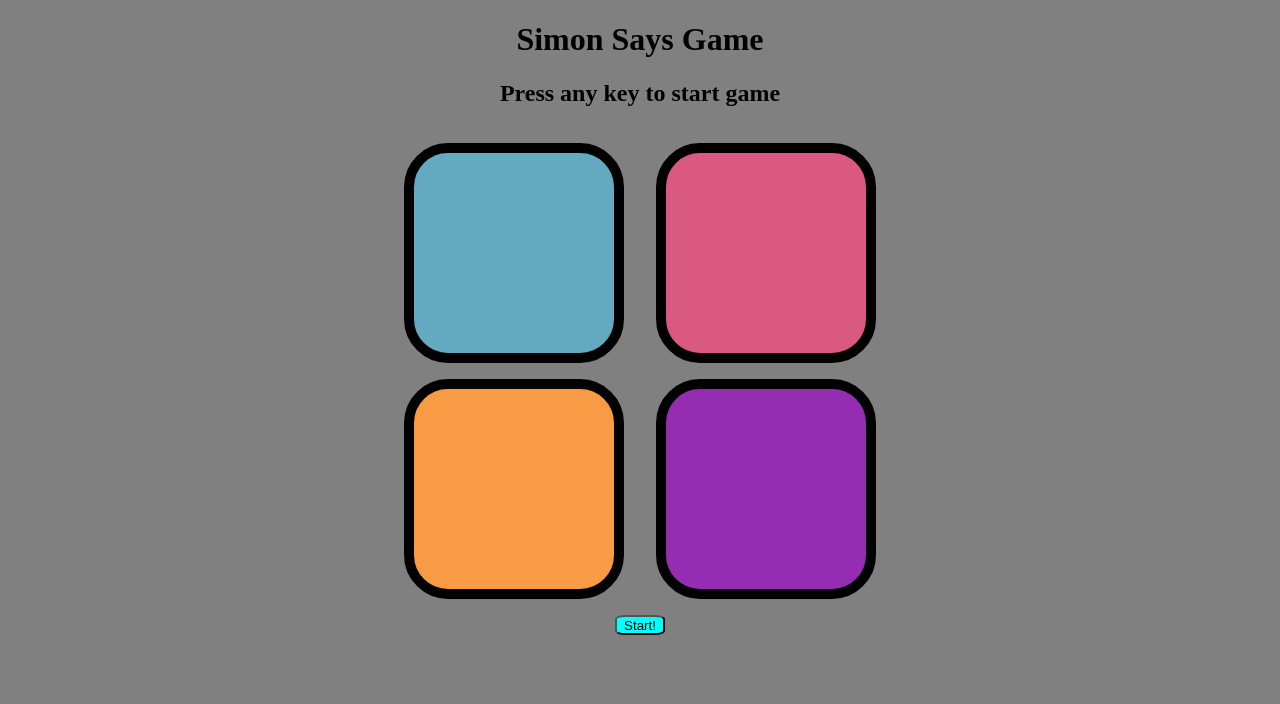
Repository: Ruchii02/javascript-mini-project
Page: index.html
These files come from the project's save history. The page is drawn as it stood at one moment and after the next save; the edit follows.
The browser window is 1280 px wide. The pictures show the whole page.

Above is the page before, as saved 2024-07-02 11:44:59.

### index.html
<!DOCTYPE html>
<html lang="en">
<head>
    <meta charset="UTF-8">
    <meta name="viewport" content="width=device-width, initial-scale=1.0">
    <title>Document</title>
    <link rel="stylesheet" href="style.css">
</head>
<body>
   <h1>Simon Says Game</h1>
   <h2>Press any key to start game</h2>
   <div class="btn-container">
    <div class="fline">
        <div class="btn green" type="button" id="green"></div>
        <div class="btn yellow" type="button" id="yellow"></div>
    </div>
    <div class="sline">
        <div class="btn red" type="button" id="red"></div>
        <div class="btn blue" type="button" id="blue"></div>
    </div>
   </div>
   <button class="sbtn">Start!</button>
   <script src="app.js"></script>
</body>
</html>

### style.css
body{
    text-align: center;
    background-color:gray;
}
.btn{
    height: 200px;
    width: 200px;
    border-radius: 20%;
    border: 10px solid black;
    margin: 1rem;

}
.sbtn{
    height: 20px;
    width: 50px;
    border-radius:20%;
    background-color: aqua;
}
.btn-container{
    display: flex;
    justify-content: center;

}
.yellow{
    background-color:#f99b45;
}
.red{
    background-color:#d95980;
}
.green{
    background-color:#63aac0;
}
.blue{
    background-color:#942db1;
}
.flash{
    background-color: white;
}
.userFlash{
    background-color: rgb(107, 209, 107);
}

### app.js
let gameSeq=[];
let userSeq=[];
 let start = false;
 let level=0;
let btns =["yellow","green","red" , "blue"];
let h2= document.querySelector("h2");

 document.addEventListener("keypress" , function(){
   if(start==false){
    console.log("game started");
    start = true;

     levelup();
   }
 });

 function btnFlash(btn){
    btn.classList.add("flash");
    //let f = document.querySelector(".flash");
    //f.background-color(white);
    setTimeout(function() {
      btn.classList.remove("flash");

    } , 250);
 }
 function userFlash(btn){
  btn.classList.add("userFlash");
  setTimeout(function() {
    btn.classList.remove("userFlash");

  } , 250);
}

 function levelup(){
  userSeq = [];
    level++;
    h2.innerText=`Level ${level}`;
     let ranInd = Math.floor(Math.random()*3);
     let ranCol= btns[ranInd];
     let ranBtn = document.querySelector(`.${ranCol}`);
     gameSeq.push(ranCol);
     btnFlash(ranBtn);
    }

    function checkAns( idx ){
      if(userSeq[idx] === gameSeq[idx]){
       if(userSeq.length == gameSeq.length){
       setTimeout(levelup,1000);
       }
      }else{
        h2.innerText   = `Game Over!<br> Your score was :<b> ${level}</b> <br>Press any key to start`;
        document.querySelector("body").style.backgroundColor = "red";
        setTimeout(function(){
          document.querySelector("body").style.backgroundColor = "gray";
        } , 150)
        reset()
      }


    }

    function btnPress (){
      let btn = this;
      userFlash(btn);
      //console.log("btn was pressed");

      userColor = btn.getAttribute("id");
      userSeq.push(userColor);

      checkAns(userSeq.length-1);

    }

    let allBtns = document.querySelectorAll(".btn");
    for(btn of allBtns){
      btn.addEventListener("click" , btnPress);
    }

    function reset(){
      start = false ;
      gameSeq = [];
      userSeq = [];
      level = 0;
    }

After the next save:
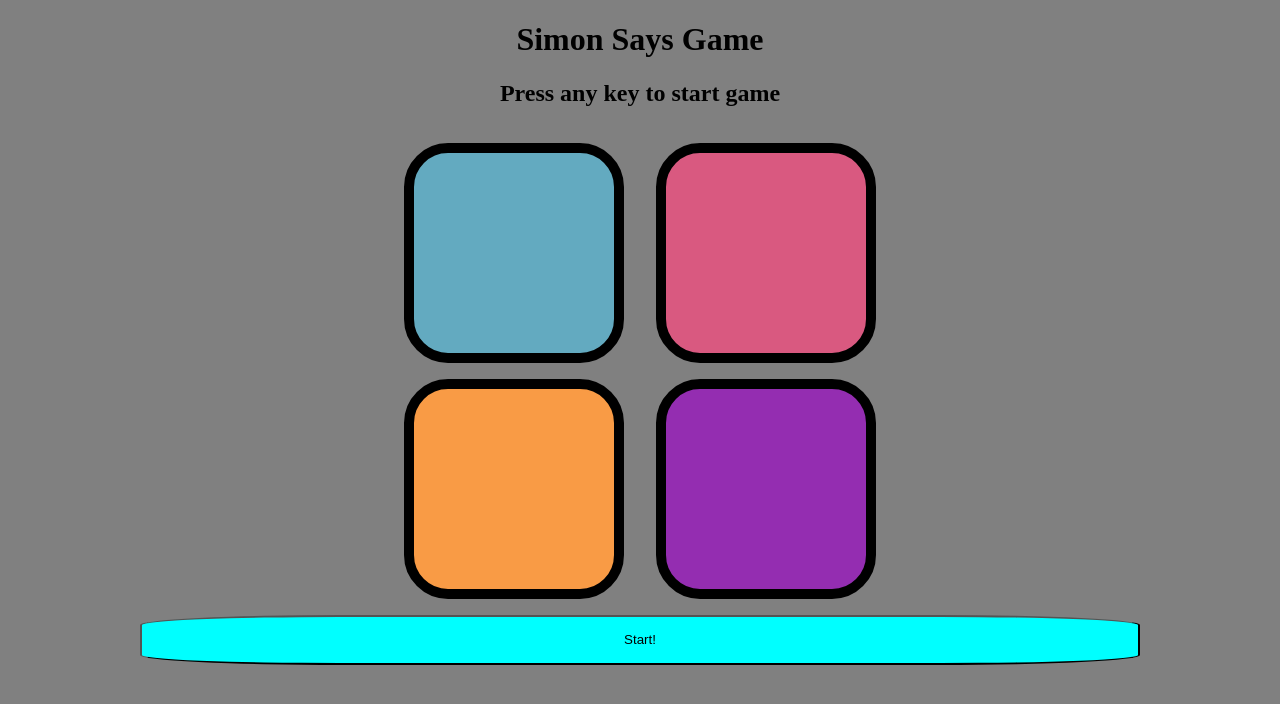
Saved 14 s later.
--- a/style.css
+++ b/style.css
@@ -11,8 +11,8 @@ body{
 
 }
 .sbtn{
-    height: 20px;
-    width: 50px;
+    height: 50px;
+    width: 1000px;
     border-radius:20%;
     background-color: aqua;
 }
